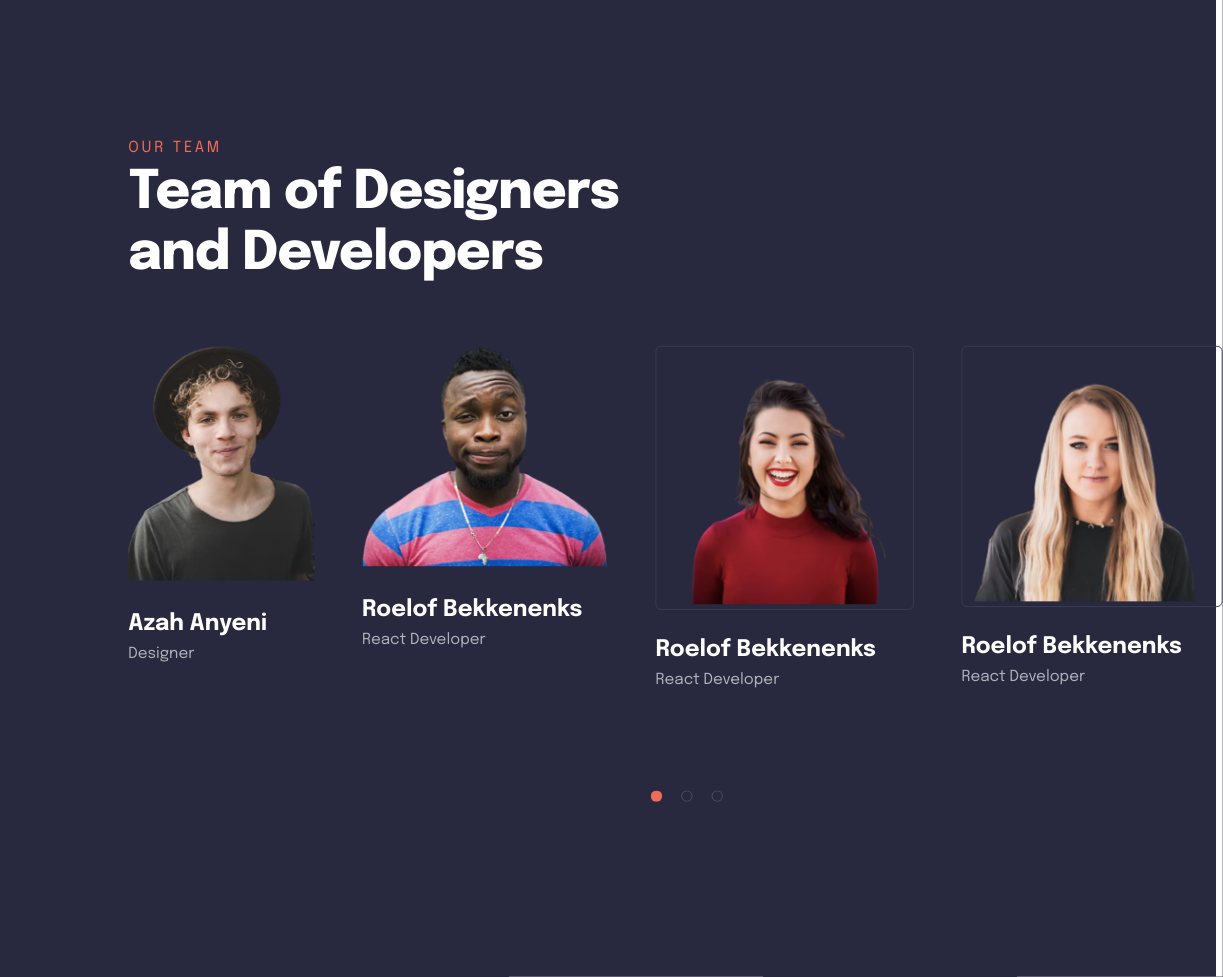
Repository: HeybetzadeQedim/task-6
Page: TEAM/index.html
These files come from the project's save history. The page is drawn as it stood at one moment and after the next save; the edit follows.
The browser window is 1280 px wide. The page is 1287 px wide, then 1280 px, so the pictures cover 1287 px, including what lies to the right of the window. The pictures show the whole page, at 95% of full size.

Above is the page before, as saved 2023-10-30 16:11:55.

### TEAM/index.html
<!DOCTYPE html>
<html lang="en">
  <head>
    <meta charset="UTF-8" />
    <meta name="viewport" content="width=device-width, initial-scale=1.0" />
    <title>Document</title>
    <link rel="stylesheet" href="./index.css" />
  </head>
  <body>
    <div class="main-container">
      <div class="text-container">
        <h5>Our Team</h5>
        <h2>
          Team of Designers<br />
          and Developers
        </h2>
      </div>

      <div class="box-container">
        <div class="box-1">
          <div class="img-border">
            <img src="images/Bitmap.png" />
          </div>
          <h4>Azah Anyeni</h4>
          <p>Designer</p>
        </div>

        <div class="box-1">
            <div class="img-border">
                <img src="images/Bitmap (1).png" />
          </div>
          <h4>Roelof Bekkenenks</h4>
          <p>React Developer</p>
        </div>

        <div class="box-1">
          <div class="box-4">
            <img src="images/Bitmap (2).png" />
          </div>
          <h4>Roelof Bekkenenks</h4>
          <p>React Developer</p>
        </div>

        <div class="box-1">
          <div class="box-5">
            <img src="images/Bitmap (3).png" />
          </div>
          <h4>Roelof Bekkenenks</h4>
          <p>React Developer</p>
        </div>
      </div>
      <div class="last-container">
        <img src="images/pins (1).svg" />
      </div>
    </div>
  </body>
</html>

### TEAM/index.css
@import url("https://fonts.googleapis.com/css2?family=Epilogue:wght@400;700;800&display=swap");
* {
  padding: 0;
  margin: 0;
  box-sizing: border-box;
}
.main-container {
  padding: 140px 135px 180px 135px;
  background-color: #28293e;
  min-height: 100vh;
}
.main-container .text-container h5 {
  color: var(--Text_Light_Accent, #ef6d58);
  font-feature-settings: "clig" off, "liga" off;
  font-family: Epilogue;
  font-size: 16px;
  font-style: normal;
  font-weight: 400;
  line-height: 32px;
  letter-spacing: 3px;
  text-transform: uppercase;
}
.main-container .text-container h2 {
  color: var(--Text_Light, #fff);
  font-feature-settings: "clig" off, "liga" off;
  font-family: Epilogue;
  font-size: 56px;
  font-style: normal;
  font-weight: 800;
  line-height: 64px;
  letter-spacing: -1px;
}
.box-container {
  display: flex;
  justify-content: space-between;
}
.box-1 {
  margin-top: 64px;
  margin-right: 50px;
}
.box-2 {
  padding: 24px 37px 1px 37px;
  border-radius: 6px;
  border: 1px solid #3a3c56;
  display: inline-block;
}
.box-2 img {
  width: 196px;
  height: 247px;
}
.box-1 h4 {
  margin-top: 26px;
  color: var(--Text_Light, #fff);
  font-feature-settings: "clig" off, "liga" off;
  font-family: Epilogue;
  font-size: 24px;
  font-style: normal;
  font-weight: 700;
  line-height: 32px;
}
.box-1 p {
  color: var(--Text_Light_Gray, rgba(255, 255, 255, 0.64));
  font-feature-settings: "clig" off, "liga" off;
  font-family: Epilogue;
  font-size: 16px;
  font-style: normal;
  font-weight: 400;
  line-height: 32px;
}
.box-3 {
  padding: 39px 5px 1px 6px;
  border-radius: 6px;
  border: 1px solid #3a3c56;
  display: inline-block;
}
.box-3 img {
  width: 259px;
  height: 232px;
}
.box-4 {
  padding: 33px 28px 1px 37px;
  border-radius: 6px;
  border: 1px solid #3a3c56;
  display: inline-block;
}
.box-4 img {
  width: 205px;
  height: 238px;
}
.box-5 {
  padding: 38px 28px 1px 12px;
  border-radius: 6px;
  border: 1px solid #3a3c56;
  display: inline-block;
}
.box-5 img {
  width: 233px;
  height: 230px;
}
.last-container img {
  margin-top: 100px;
  margin-left: 550px;
  width: 76px;
  height: 12px;
}

After the next save:
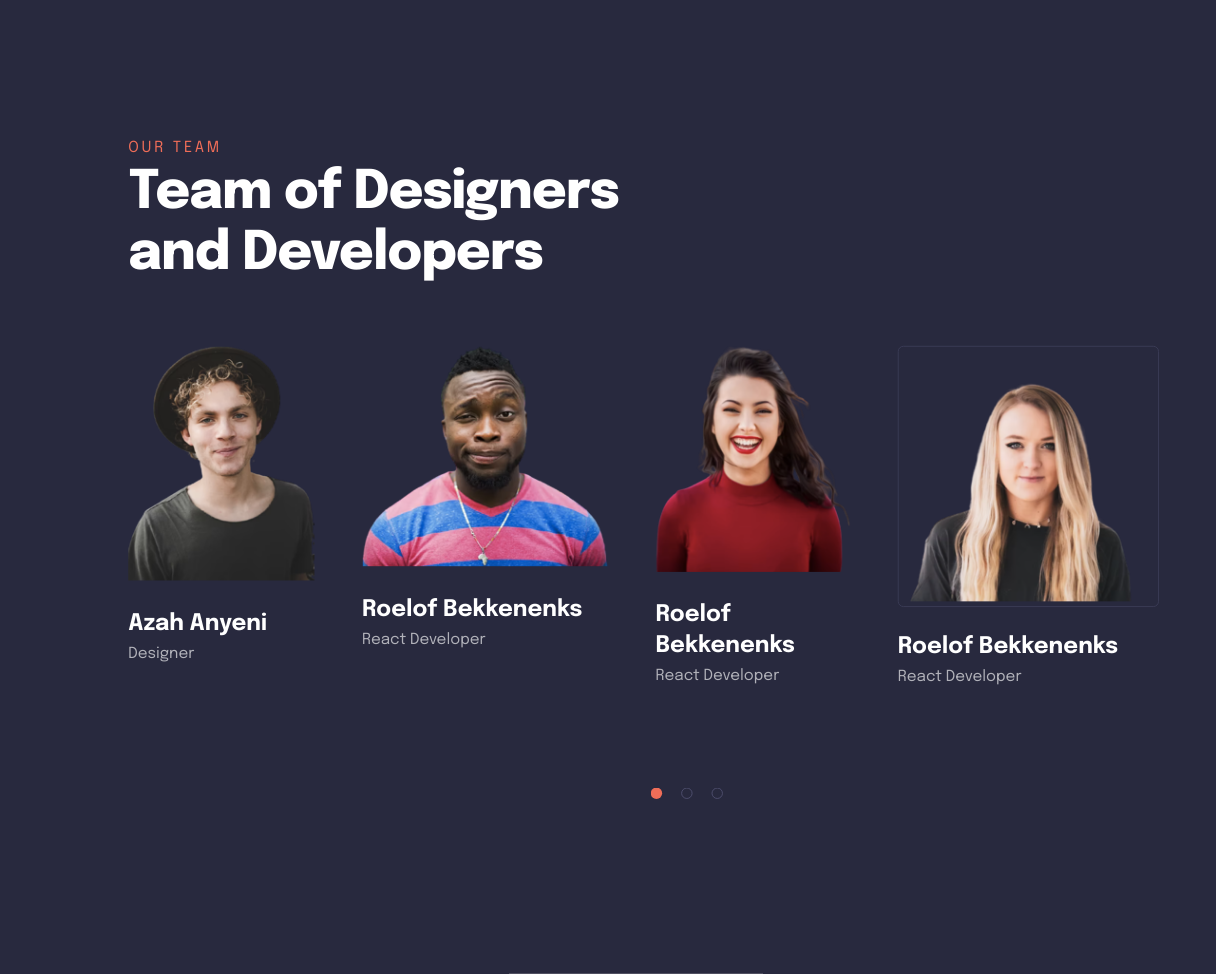
Saved 4 s later.
--- a/TEAM/index.html
+++ b/TEAM/index.html
@@ -34,8 +34,8 @@
         </div>
 
         <div class="box-1">
-          <div class="box-4">
-            <img src="images/Bitmap (2).png" />
+            <div class="img-border">
+                <img src="images/Bitmap (2).png" />
           </div>
           <h4>Roelof Bekkenenks</h4>
           <p>React Developer</p>
